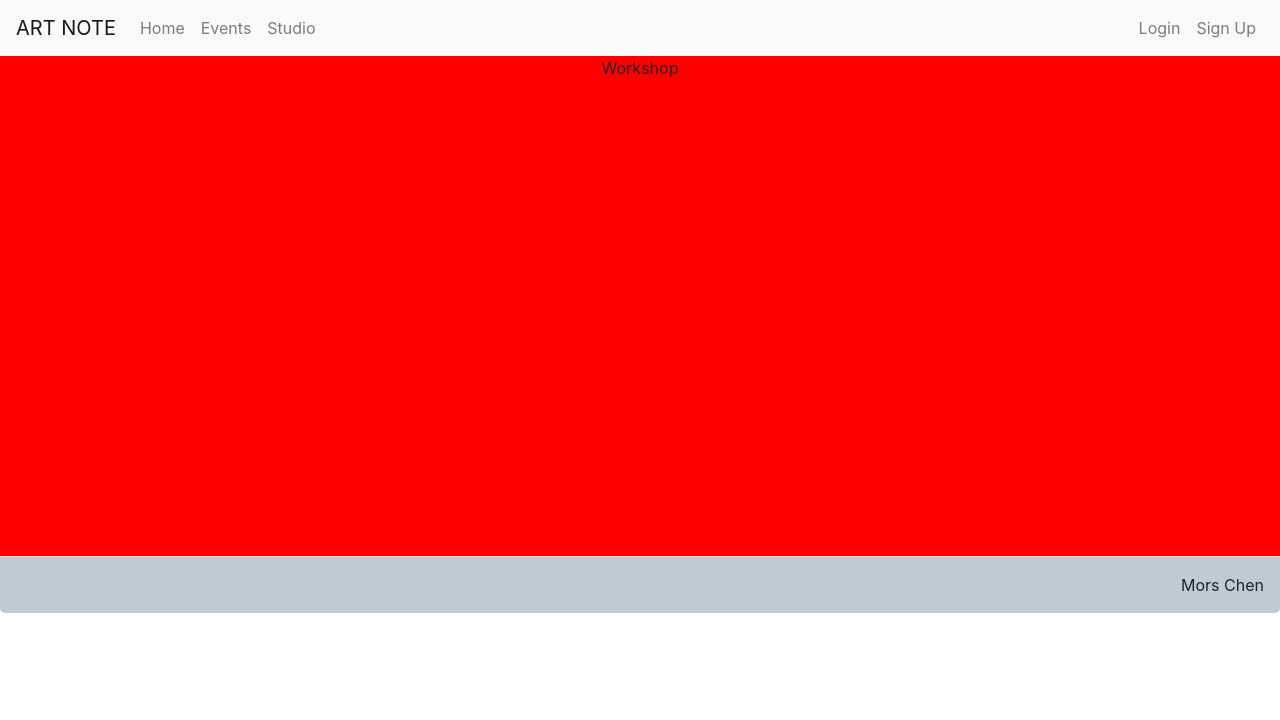
Repository: MorsChen/Final-Client
Page: /workshop (app in client-app/)
The author's editor kept a copy of each file at every save. The page is drawn from the files as they stood at one save, then again after the next save.
The browser window is 1280 px wide. The pictures show the whole page.
The page's requests for data from a server got no answer. The project was rebuilt for these pictures with package versions that can differ from the ones it lists, and the page was loaded fresh each time. No one was signed in, and anything a server would have sent is missing. Also part of the build but not shown: client-app/src/page/Home.js, client-app/src/page/SignUp.js, client-app/src/page/Login.js, client-app/src/page/Profile.js.

Above is the page before, as saved 2019-10-01 15:38:12.

After the next save:
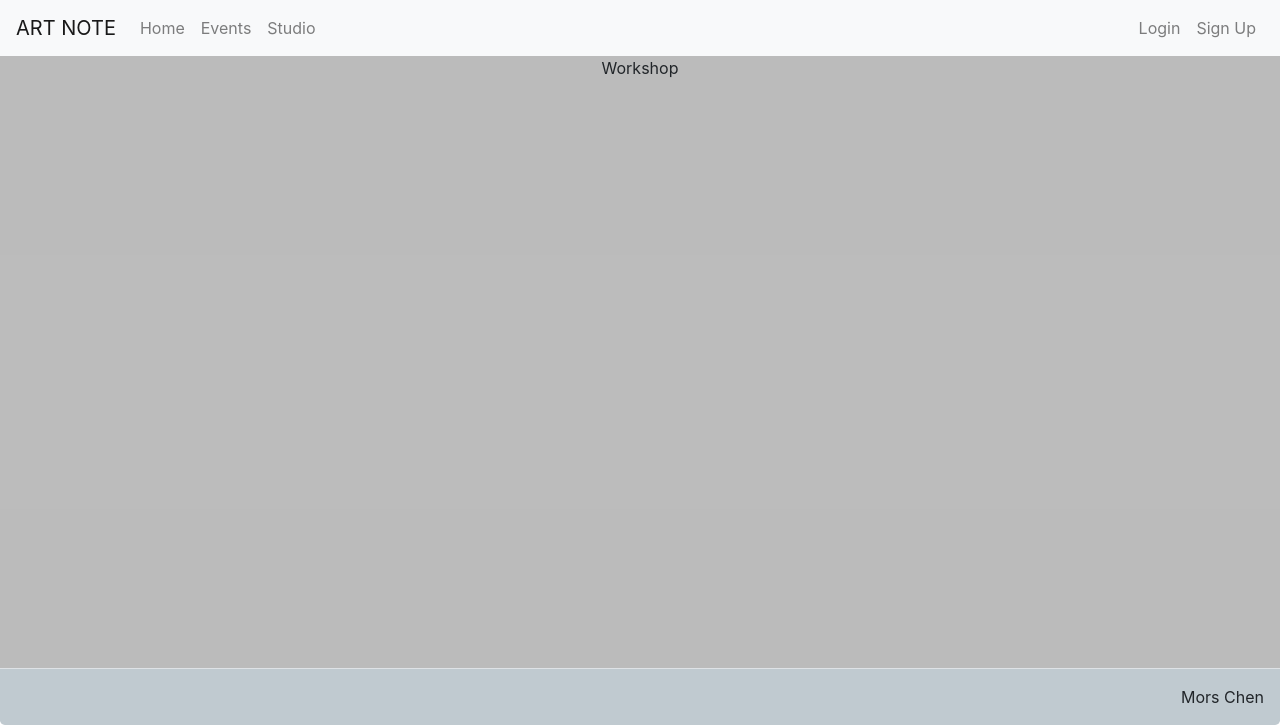
Saved 84 s later.
--- a/client-app/src/App.css
+++ b/client-app/src/App.css
@@ -88,11 +88,11 @@
 .FullContent {
   display: flex;
   width: 100vw;
-  height: 500px;
+  height: 85vh;
   text-align: center;
   align-items: center;
   flex-direction: column;
-  background-color: rgb(255, 0, 0);
+  background-color: rgba(32, 32, 32, 0.301);
   margin-top: 2rem;
 }
 
